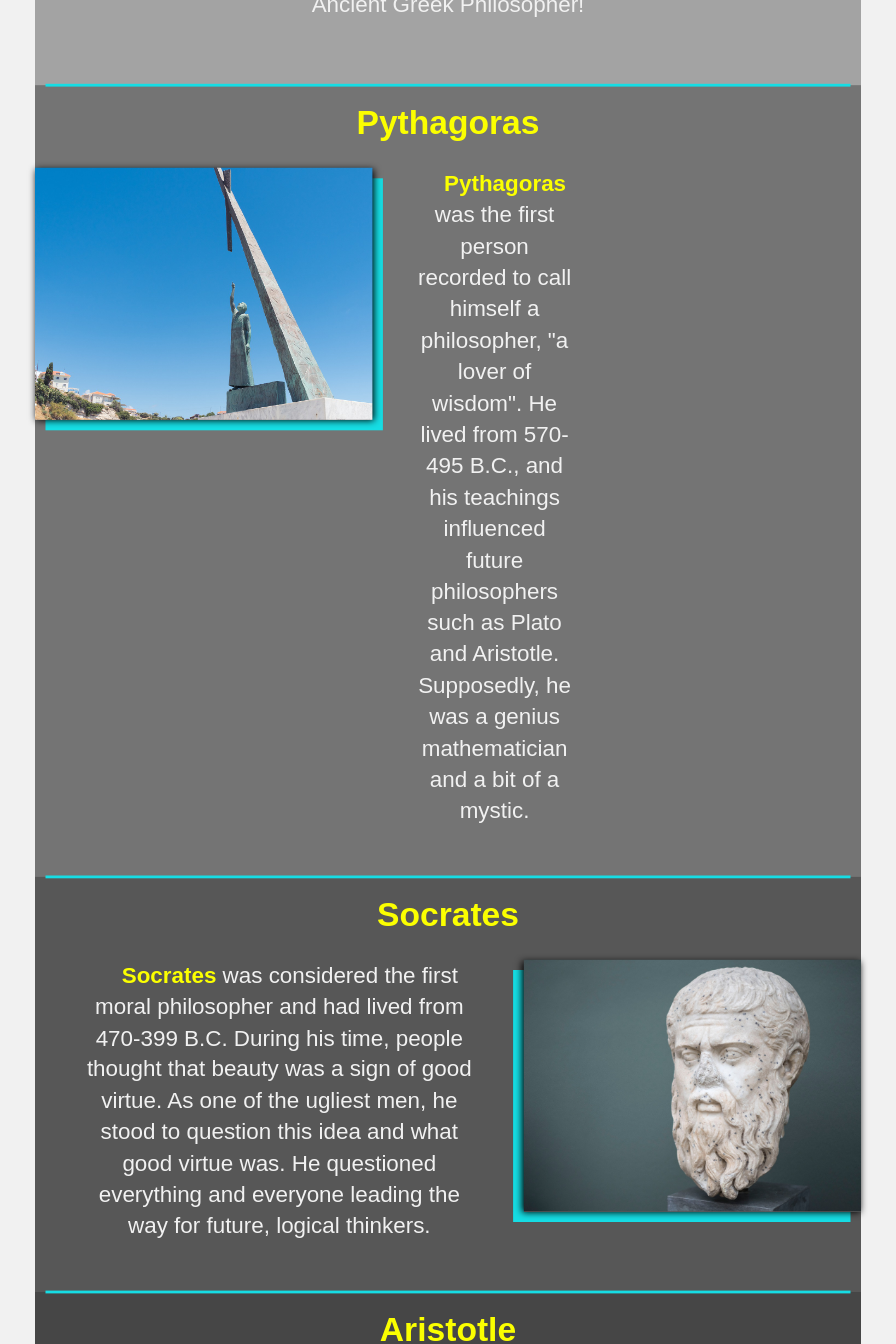
Repository: Sbethm/sarahmoosa
Page: greekPhiloQuiz/greekIndex.html
An editor plug-in stored every save of this project. The page is shown before and after the next save, followed by the edit.
The browser window is 1280 px wide. The pictures show the part of the page from y = 734 to 2654 px (the page is 4108 px tall before and 3497 px after), at 70% of full size.
Some web fonts or font styles are not loaded; a fallback is used. The style sheet was rebuilt from its Sass, Less or Tailwind sources for each picture, by a compiler version that may differ from the author's.

Above is the page before, as saved 2021-08-04 20:30:50.
Console error: TypeError: Cannot read properties of null (reading 'addEventListener')

### greekPhiloQuiz/greekIndex.html
<!DOCTYPE html>
<html lang="en">
<head>
    <meta charset="UTF-8">
    <meta http-equiv="X-UA-Compatible" content="IE=edge">
    <meta name="viewport" content="width=device-width, initial-scale=1.0">
    <link rel="stylesheet" href="../CSS/main.css">
    <link rel="preconnect" href="https://fonts.gstatic.com">
    <link href="https://fonts.googleapis.com/css2?family=KoHo:ital,wght@0,400;0,500;0,600;0,700;1,400;1,500;1,600;1,700&family=Niramit:ital,wght@0,400;0,500;0,600;0,700;1,400;1,500;1,600;1,700&display=swap" rel="stylesheet">
     <!-- HEADER FONT: font-family: 'KoHo', sans-serif;
          PARAGRAPH FONT: font-family: 'Niramit', sans-serif; -->
    <title>Ancient Greece Philosopher Quiz</title>
</head>
<body>
    <header>
        <h1><a href="greekIndex.html">What if...</a></h1>
        <div id='hamburger' class="btn--hamburger"></div>
        <nav>
            <ul id="nav" class="ul--nav">
                <li><a href="../index.html">Home</a></li>
                <li><a href="#main--pre__title">Pythagoras</a></li>
                <li><a href="#main--s__title">Socrates</a></li>
                <li><a href="#main--post__title">Aristotle</a></li>
            </ul>
        </nav>
    </header>
    <main>
       <!--ABOUT-->
       <section class="main--about">
            <h2 class="about--title">...you were an Ancient Greek Philosopher?</h2>
            <div class="about--info left">
                <p>Who would you be? The phrophetic <span>Pythagoras</span>, the questioning <span>Socrates</span>, or the brilliant <span>Aristotle</span>. Learn more about these great philosophers and take the quiz to see how YOU would have shaped history if you were born an Ancient Greek Philosopher!</p>
            </div>
       </section>
       <!--PYTHAGREOUS-->
       <section class="main--p">
            <h2 id="main--pre__title" class="pre--title">Pythagoras</h2>
            <div class="pre--img square">
                <img src="./greekImg/statue-3754825_1920.jpg" alt="A statue of Pythagoras">
            </div>
            <div class="pre--info right">
                <p><span>Pythagoras</span> was the first person recorded to call himself a philosopher, "a lover of wisdom". He lived from 570-495 B.C., and his teachings influenced future philosophers such as Plato and Aristotle. Supposedly, he was a genius mathematician and a bit of a mystic.</p>
       </section>

       <section class="main--s">
            <h2 id="main--s__title" class="s--title">Socrates</h2>
            <div class="s--img square">
                <img src="./greekImg/plato-3230487_1920.jpg" alt="A bust of Plato">
            </div>
            <div class="s--info left">
                <p><span>Socrates</span> was considered the first moral philosopher and had lived from 470-399 B.C. During his time, people thought that beauty was a sign of good virtue. As one of the ugliest men, he stood to question this idea and what good virtue was. He questioned everything and everyone leading the way for future, logical thinkers.</p>
       </section>
       <section class="main--a">
            <h2 id="main--post__title" class="post--title">Aristotle</h2>
            <div class="post--img square">
                <img src="./greekImg/man-2546791_1920.jpg" alt="A statue of a man thinking">
            </div>
            <div class="post--info right">
                <p><span>Aristotle</span> was a man of many interests and is believed to be the father of our modern scientific method. He lived from 384-322 B.C. He studied everything from biology to astrology. Many of the terms he used in his studies are still used throughout various scientific fields today.</p>
       </section>
       <section class="link--area">
           <div id="link--quiz"><a href="quiz.html">Begin Quiz!</a></div>
       </section>
    </main>
    <footer>

    </footer>
    <script src="greekHamburger.js"></script>
    <script src="quiz.js"></script>
</body>
</html>

### greekPhiloQuiz/greekSCSS/_variables.scss
//FONTS
$headerFont: 'KoHo', sans-serif;
$paraFont:'Niramit', sans-serif;



//COLORS
$colors: (
    'background': #f1f1f1,
    'header': #f1f1f1,
    'accent--yellow': rgb(251, 255, 0),
    'accent--blue': rgb(22, 221, 228),
    'answers': rgb(76, 192, 196),
    'text--shadow': rgb(179, 96, 55),
    'box--orange': rgb(240, 107, 40)
);

//FUNCTIONS
@function colors($colorName) {
    @return map-get($colors , $colorName);
}

### greekPhiloQuiz/greekSCSS/_mixins.scss
@mixin transition-ease {
    transition: all 0.5s ease-in-out;
}

### greekPhiloQuiz/greekSCSS/_quiz.scss
.main--quiz{
    width: calc(100vw - 30px);
    padding-top: 100px;
    margin: 0px 15px;
    background: rgba(44, 43, 44, 0.63);
    //overflow: visible;
    scroll-behavior: smooth;
}

#quiz{
    width: calc(100vw - 50px);
    padding: 20px 10px;
    height: fit-content;

    & .slide{
        display: none;
        z-index: 1;
        opacity: 0;
        transition: opacity 2s;
    }

    & .active-slide{
        opacity: 1;
        z-index: 2;
        display: contents;
    }

    & .question{
        font-family: $paraFont;
        color: rgba(44, 43, 44, 0.781);
        font-size: 1.8rem;
        line-height: 2.1rem;
        text-indent: 25px;
        background: colors(header);
        padding: 20px;
        border: 1px solid colors(header);
        border-radius: 15px 15px 0 0;
    }

    & .answers{
        border: 1px solid colors(header);

        & label{
            display: inline-block;
           // padding: 10px;
            cursor: pointer;
            width: calc(100vw - 92px);
            padding: 20px;
            font-family: $paraFont;
            font-size: 1.5rem;
            line-height: 1.8rem;
            color: colors(accent--blue);
            cursor: pointer;
            border-top: 1px solid colors(header);

            &:hover {
                font-size: 1.8rem;
                @include transition-ease;
            }

            & [type="radio"] {
                display: none;
            }

            & [type="radio"]:checked + span {
                color: colors(accent--yellow);
                font-size: 1.8rem;
                @include transition-ease;
            }


        }
    }
}

button {
    display: inline-block;
    font-family: $paraFont;
    font-size: 1.8rem;
    color: rgba(44, 43, 44, 0.781);
    background: colors(header);
    padding: 10px;
    margin: 10px 0px 0px 20px;
    font-weight: 700;
    text-align: center;
    border: 1px solid colors(header);
    border-radius: 15px;
    box-shadow: -2px 2px 10px colors(text--camo), -12px 12px colors(accent--blue);
    z-index: 2;

    &:hover {
        background: #929090;
        color: colors(header);
        @include transition-ease;
    }
}

#results {
    font-family: $paraFont;
    color: colors(header);
    font-size: 1.8rem;
    line-height: 2.1rem;
    text-indent: 25px;
    padding: 20px 31px;

    & span {
        color: colors(accent--yellow);
        font-weight: 600;
    }
}

#return {
    display: none;
    margin-bottom: 40px;
}

//TABLET STYLING LANDSCAPE
@media only screen and (min-device-width : 768px) and (max-device-width : 1366px) and (orientation : landscape) {
    /* Styles */
    #quiz {

        & .question{
            font-size: 2rem;
            line-height: 2.8rem;
            text-indent: 30px;
            padding: 40px;
        }

        & .answers{

            & label{

                cursor: pointer;

                & [type="radio"] {
                    display: none;
                }

                & [type="radio"] + span {
                    width: calc(100vw - 132px);
                    padding: 40px;
                    font-size: 1.7rem;

                    &:hover {
                        font-size: 2rem;
                    }
                }

                & [type="radio"]:checked + span {
                    font-size: 2rem;
                }


            }
        }
    }

    button {
        font-size: 2rem;
        padding: 20px;
        margin: 20px 0px 0px 20px;
    }

    #results {
        font-size: 2rem;
        line-height: 2.8rem;
        text-indent: 30px;
        padding: 40px;

        & span {
            color: colors(accent--yellow);
            font-weight: 600;
        }
    }

    #return {
        display: none;
        margin: 0px 40px 40px 40px;
    }
}

//TABLET STYLE PORTRAIT
@media only screen and (min-device-width : 768px) and (max-device-width : 1024px) and (orientation : portrait) {
    /*Style*/
    #quiz {

        & .question{
            font-size: 2rem;
            line-height: 2.8rem;
            text-indent: 30px;
            padding: 40px;
        }

        & .answers{

            & label{

                cursor: pointer;

                & [type="radio"] {
                    display: none;
                }

                & [type="radio"] + span {
                    width: calc(100vw - 132px);
                    padding: 40px;
                    font-size: 1.7rem;

                    &:hover {
                        font-size: 2rem;
                    }
                }

                & [type="radio"]:checked + span {
                    font-size: 2rem;
                }


            }
        }
    }

    button {
        font-size: 2rem;
        padding: 20px;
        margin: 20px 0px 0px 20px;
    }

    #results {
        font-size: 2rem;
        line-height: 2.8rem;
        text-indent: 30px;
        padding: 40px;

        & span {
            color: colors(accent--yellow);
            font-weight: 600;
        }
    }

    #return {
        display: none;
        margin: 0px 40px 40px 40px;
    }
}

//DESKTOP AND LAPTOP STYLE
@media only screen  and (min-width : 1224px) {
    /*Style*/
    .main--quiz{
        width: calc(100vw - 100px);
        margin: 0px 50px;
    }

    #quiz {
        width: calc(100vw - 400px);
        padding: 50px ;
        margin: 0 auto;

        & .question{
            font-size: 2rem;
            line-height: 2.8rem;
            text-indent: 30px;
            padding: 40px;
        }

        & .answers{

            & label{

                cursor: pointer;

                & [type="radio"] {
                    display: none;
                }

                & [type="radio"] + span {
                    width: calc(100vw - 482px);
                    padding: 40px;
                    font-size: 1.7rem;

                    &:hover {
                        font-size: 2rem;
                    }
                }

                & [type="radio"]:checked + span {
                    font-size: 2rem;
                }


            }
        }
    }

    button {
        font-size: 2rem;
        padding: 20px;
        margin: 20px 0px 0px 20px;
    }

    #results {
        font-size: 2rem;
        line-height: 2.8rem;
        text-indent: 30px;
        padding: 40px;

        & span {
            color: colors(accent--yellow);
            font-weight: 600;
        }
    }

    #return {
        display: none;
        margin: 0px 40px 40px 40px;
    }
}

### greekPhiloQuiz/greekSCSS/_hamburger.scss
 //NAVIGATION
.btn--hamburger {
    height: 3px;
    width: 28px;
    position: absolute;
    top: 48px;
    right: 1.5em;
    z-index: 9;
    background: colors(header);
    @include transition-ease;

    &::before {
        content: '';
        height: 3px;
        width: 28px;
        position: absolute;
        top: -8px;
        z-index: 9;
        background: colors(header);
        @include transition-ease;
    }

    &::after {
        content: '';
        height: 3px;
        width: 20px;
        position: absolute;
        top: 8px;
        z-index: 9;
        background: colors(header);
        @include transition-ease;
    }

    &.open {
        background: transparent;

        &::before {
            transform: rotate(-50deg) translateX(-10px) translateY(10px);
            @include transition-ease;
        }

        &::after {
            width: 28px;
            transform: rotate(50deg) translateY(-10px) translateY(8px);
            @include transition-ease;
        }
    }
}

.height {
    height: 529px;
    background: colors(box--orange);
    opacity: 0.9;
}

.ul--nav {
    display: grid;
    grid-template-columns: 100vw;
    grid-template-rows: 75px 75px 75px 75px 75px;
    place-items: center;

    & li {
        font-family: $headerFont;
        color: colors(header);

        & a {
            padding: 25px;
        }
    }
}

Loaded but not shown: greekPhiloQuiz/greekSCSS/_resets.scss (common file); greekPhiloQuiz/quiz.js (178 lines, source omitted); greekPhiloQuiz/greekHamburger.js (33 lines, source omitted); greekPhiloQuiz/greekSCSS/main.scss (671 lines, source omitted)

After the next save:
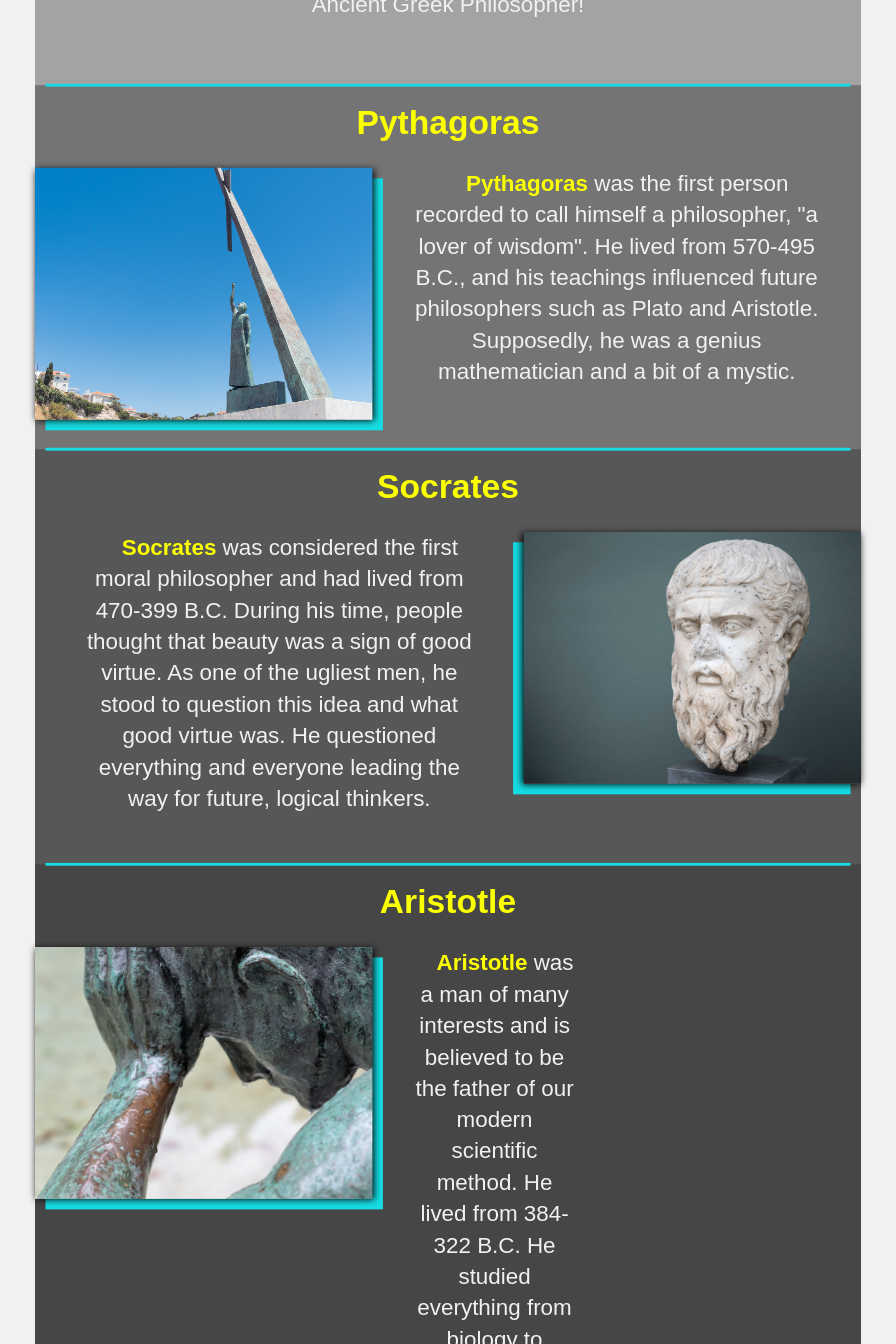
Saved 4 min 59 s later.
--- a/greekPhiloQuiz/greekIndex.html
+++ b/greekPhiloQuiz/greekIndex.html
@@ -38,7 +38,7 @@
             <div class="pre--img square">
                 <img src="./greekImg/statue-3754825_1920.jpg" alt="A statue of Pythagoras">
             </div>
-            <div class="pre--info right">
+            <div class="p--info right">
                 <p><span>Pythagoras</span> was the first person recorded to call himself a philosopher, "a lover of wisdom". He lived from 570-495 B.C., and his teachings influenced future philosophers such as Plato and Aristotle. Supposedly, he was a genius mathematician and a bit of a mystic.</p>
        </section>
 
